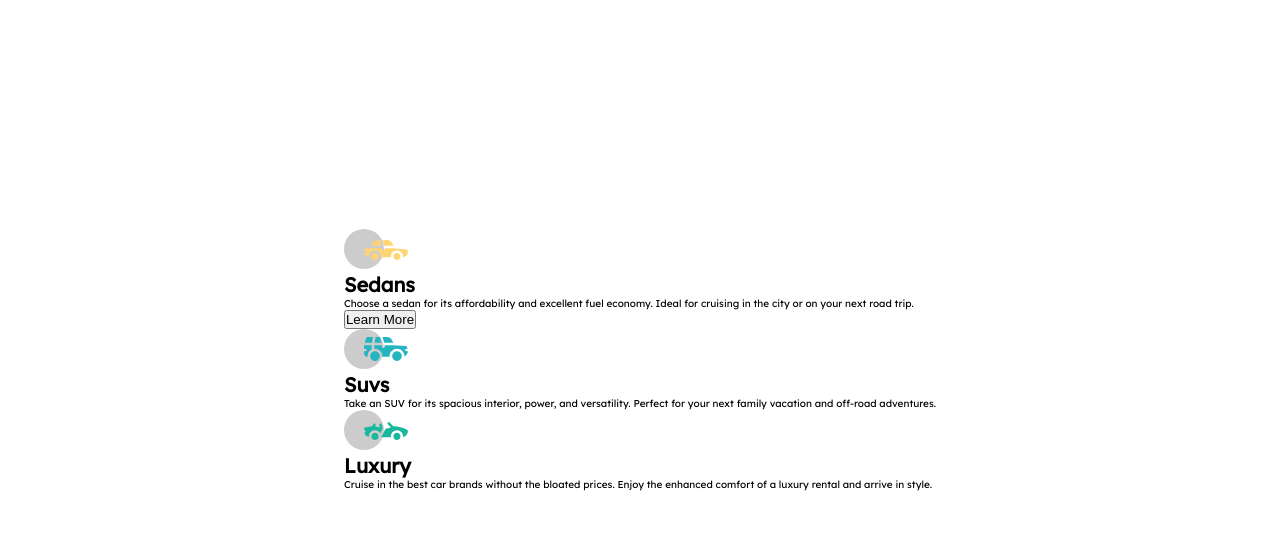
Repository: thaibaocoder1/3-column-card
Page: index.html
An editor plug-in stored every save of this project. The page is shown before and after the next save, followed by the edit.
The browser window is 1280 px wide. The pictures show the whole page.

Above is the page before, as saved 2023-01-11 20:46:21.

### index.html
<!DOCTYPE html>
<html lang="en">
<head>
  <meta charset="UTF-8">
  <meta name="viewport" content="width=device-width, initial-scale=1.0">
  <link rel="icon" type="image/png" sizes="32x32" href="./images/favicon-32x32.png">
  <title>Frontend Mentor | 3-column preview card component</title>
  <link rel="preconnect" href="https://fonts.googleapis.com">
  <link rel="preconnect" href="https://fonts.gstatic.com" crossorigin>
  <link href="https://fonts.googleapis.com/css2?family=Big+Shoulders+Display:wght@700&family=Lexend+Deca&display=swap" rel="stylesheet">
  <link rel="stylesheet" href="./styles.css">
</head>
<body>

  <main class="container">
    <div class="container__box">
      <img src="./images/icon-sedans.svg" alt="" class="container--image">
      <h1 class="container--heading">Sedans</h1>
      <p class="container--content">
        Choose a sedan for its affordability and excellent fuel economy. Ideal for cruising in the city
        or on your next road trip.
      </p>
      <button class="container--btn">Learn More</button>
    </div>

    <div class="container__box">
      <img src="./images/icon-suvs.svg" alt="" class="container--image">
      <h1 class="container--heading">Suvs</h1>
      <p class="container--content">
        Take an SUV for its spacious interior, power, and versatility. Perfect for your next family vacation
        and off-road adventures.
      </p>
    </div>

    <div class="container__box">
      <img src="./images/icon-luxury.svg" alt="" class="container--image">
      <h1 class="container--heading">Luxury</h1>
      <p class="container--content">
        Cruise in the best car brands without the bloated prices. Enjoy the enhanced comfort of a luxury
        rental and arrive in style.
      </p>
    </div>
  </main>


</body>
</html>

### styles.css
* {
    margin: 0;
    padding: 0;
    box-sizing: border-box;
}
html {
    font-size: 62.5%;
}
body {
    text-rendering: optimizeLegibility;
    scroll-behavior: smooth;
    font-family: 'Big Shoulders Display', cursive;
    font-family: 'Lexend Deca', sans-serif;
    display: flex;
    align-items: center;
    justify-content: center;
    min-height: calc(100vh - 1px);
}
:root {
    --bright-orange: hsl(31, 77%, 52%);
    --dark-cyan: hsl(184, 100%, 22%);
    --very-dark-cyan: hsl(179, 100%, 13%);
    --white-p:  hsla(0, 0%, 100%, 0.75);
    --light-gray: hsl(0, 0%, 95%);
}

After the next save:
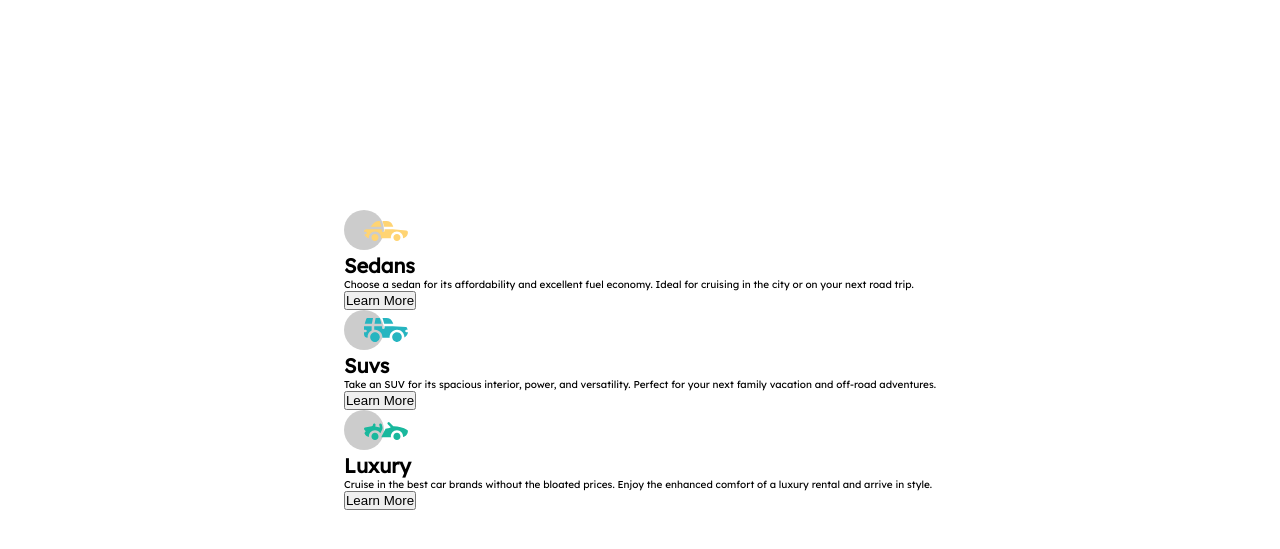
Saved 10 s later.
--- a/index.html
+++ b/index.html
@@ -30,6 +30,7 @@
         Take an SUV for its spacious interior, power, and versatility. Perfect for your next family vacation
         and off-road adventures.
       </p>
+      <button class="container--btn">Learn More</button>
     </div>
 
     <div class="container__box">
@@ -39,6 +40,7 @@
         Cruise in the best car brands without the bloated prices. Enjoy the enhanced comfort of a luxury
         rental and arrive in style.
       </p>
+      <button class="container--btn">Learn More</button>
     </div>
   </main>
 
